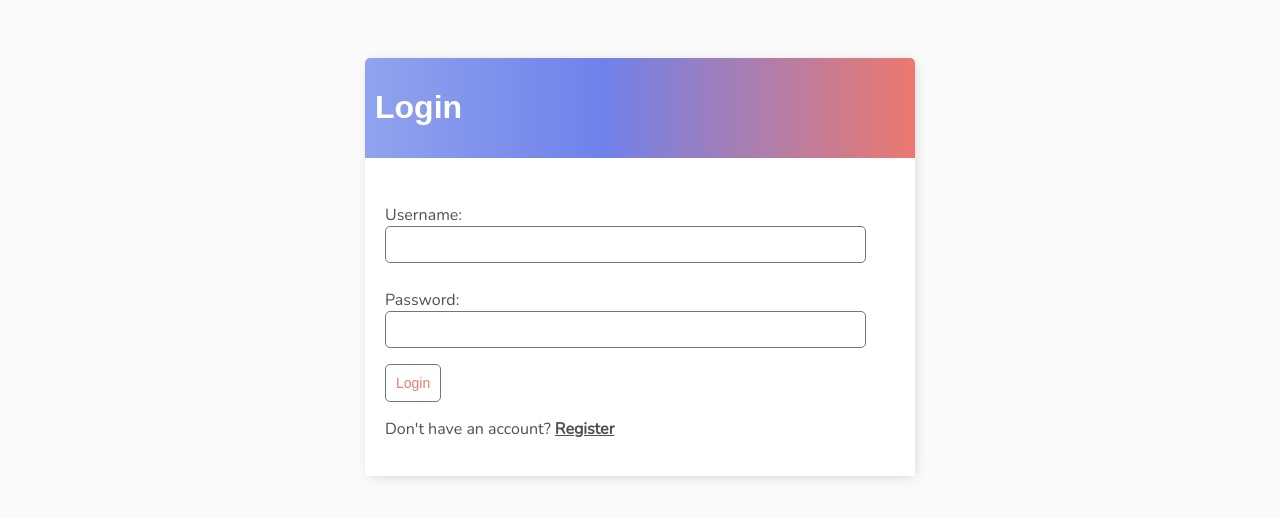
Repository: Altyn119/toDo-django
Page: http://localhost/login/
The author's editor kept a copy of each file at every save. The page is drawn from the files as they stood at one save, then again after the next save.
The browser window is 1280 px wide. The pictures show the whole page.
The page is served by the project's application, run on Django 5.2 (manage.py). Other server files are loaded and not shown.

Above is the page before, as saved 2025-06-16 11:09:30.

### base/templates/base/main.html
<!DOCTYPE html>
<html lang="en">

<head>
    <meta charset="utf-8">
    <meta name="description"
        content="This is to do list implemented using Django by Altyn.">

    <meta http-equiv="X-UA-Compatible" content="IE=edge">
    <title>To Do Items</title>
    <meta name="description" content="">
    <meta name="viewport" content="width=device-width, initial-scale=1">

    <link rel="preconnect" href="https://fonts.gstatic.com">
    <link href="https://fonts.googleapis.com/css2?family=Nunito:wght@200&display=swap" rel="stylesheet">

    <style>
        body {
            background-color: #FAFAFA;
            font-family: 'Nunito', sans-serif;
            padding-top: 50px;
        }

        h1,
        h2,
        h3,
        h4,
        h5,
        h6 {
            font-family: 'Raleway', sans-serif;
        }

        a,
        p {
            color: #4b5156
        }

        a {
            font-weight: 600;
        }

        .container {
            max-width: 550px;
            margin: auto;
            background-color: #fff;
            -webkit-box-shadow: 2px 2px 13px -4px rgba(0, 0, 0, 0.21);
            box-shadow: 2px 2px 13px -4px rgba(0, 0, 0, 0.21);
        }

        input {
            outline: none;
            border: none;
        }

        .header-bar {
            display: flex;
            justify-content: space-between;
            color: #fff;
            padding: 10px;
            border-radius: 5px 5px 0 0;
            background: linear-gradient(90deg, #90a3ee 0%, #6f82eb 43%, #EB796F 100%);
        }

        .header-bar a {
            color: rgb(247, 247, 247);
            text-decoration: none;
        }

        .task-wrapper {
            display: flex;
            align-items: center;
            justify-content: space-between;
            background-color: #fff;
            border-top: 1px solid #dfe4ea;
            overflow: hidden;
        }

        .task-title {
            display: flex;
            padding: 20px;
        }

        .task-title a {
            text-decoration: none;
            color: #4b5156;
            margin-left: 10px;
        }

        .task-complete-icon {
            height: 20px;
            width: 20px;
            background-color: rgb(105, 192, 105);
            border-radius: 50%;
        }

        .task-incomplete-icon {
            height: 20px;
            width: 20px;
            background-color: rgb(218, 218, 218);
            border-radius: 50%;
        }

        .delete-link {
            text-decoration: none;
            font-weight: 900;
            color: #cf4949;
            font-size: 22px;
            line-height: 0;
            padding: 20px 0px;
        }


        .handle {
            display: inline-block;
            padding: 20px 16px;
            cursor: grab;
            user-select: none;
        }

        .handle:after,
        .handle:before {
            display: block;
            content: "";
        }

        .handle:active,
        .handle:active:before,
        .handle:active:after {
            cursor: grabbing;
        }

        .dropArea {
            background-color: #f1f2f6;
            color: black;
            border: #ced6e0 1px solid;
        }

        .selectedTask {
            opacity: 0.6;
        }


        #add-link {
            color: #EB796F;
            text-decoration: none;
            font-size: 42px;
            text-shadow: 1px 1px #81413b;
        }

        #search-add-wrapper {
            display: flex;
            justify-content: space-between;
            align-items: center;
            padding: 20px;
        }

        @media screen and (max-width:320px) {
            #search-add-wrapper {
                padding: 10px;
            }
        }

        input[type=text],
        input[type=password],
        textarea {
            border: 1px solid #757575;
            border-radius: 5px;
            padding: 10px;
            width: 90%;
        }

        label {
            padding-top: 10px !important;
            display: block;
        }

        ::placeholder {
            font-weight: 300;
            opacity: 0.5;
        }

        .button {
            border: 1px solid #757575;
            background-color: #FFF;
            color: #EB796F;
            padding: 10px;
            font-size: 14px;
            border-radius: 5px;
            cursor: pointer;
            text-decoration: none;
        }

        .card-body {
            padding: 20px;
        }
    </style>
</head>

<body>

    <div class="container">
        {% block content %} {% endblock content %}
    </div>

</body>


</html>

### base/views.py
from django.shortcuts import render, redirect
from django.views.generic.list import ListView
from django.views.generic.detail import DetailView
from django.views.generic.edit import CreateView, UpdateView, DeleteView, FormView
from django.urls import reverse_lazy

from django.contrib.auth.views import LoginView
from django.contrib.auth.mixins import LoginRequiredMixin
from django.contrib.auth.forms import UserCreationForm
from django.contrib.auth import login

from django.views import View
from django.shortcuts import redirect
from django.db import transaction

from .models import Task
from .forms import PositionForm


class CustomLoginView(LoginView):
    template_name = 'base/login.html'
    fields = '__all__'
    redirect_authenticated_user = True

    def get_success_url(self):
        return reverse_lazy('tasks')


class RegisterPage(FormView):
    template_name = 'base/register.html'
    form_class = UserCreationForm
    redirect_authenticated_user = True
    success_url = reverse_lazy('tasks')

    def form_valid(self, form):
        user = form.save()
        if user is not None:
            login(self.request, user)
        return super(RegisterPage, self).form_valid(form)

    def get(self, *args, **kwargs):
        if self.request.user.is_authenticated:
            return redirect('tasks')
        return super(RegisterPage, self).get(*args, **kwargs)


class TaskList(LoginRequiredMixin, ListView):
    model = Task
    context_object_name = 'tasks'

    def get_context_data(self, **kwargs):
        context = super().get_context_data(**kwargs)
        context['tasks'] = context['tasks'].filter(user=self.request.user)
        context['count'] = context['tasks'].filter(complete=False).count()

        search_input = self.request.GET.get('search-area') or ''
        if search_input:
            context['tasks'] = context['tasks'].filter(
                title__contains=search_input)

        context['search_input'] = search_input

        return context


class TaskDetail(LoginRequiredMixin, DetailView):
    model = Task
    context_object_name = 'task'
    template_name = 'base/task.html'


class TaskCreate(LoginRequiredMixin, CreateView):
    model = Task
    fields = ['title', 'description', 'complete']
    success_url = reverse_lazy('tasks')

    def form_valid(self, form):
        form.instance.user = self.request.user
        return super(TaskCreate, self).form_valid(form)


class TaskUpdate(LoginRequiredMixin, UpdateView):
    model = Task
    fields = ['title', 'description', 'complete']
    success_url = reverse_lazy('tasks')


class DeleteView(LoginRequiredMixin, DeleteView):
    model = Task
    context_object_name = 'task'
    success_url = reverse_lazy('tasks')
    def get_queryset(self):
        owner = self.request.user
        return self.model.objects.filter(user=owner)

class TaskReorder(View):
    def post(self, request):
        form = PositionForm(request.POST)

        if form.is_valid():
            positionList = form.cleaned_data["position"].split(',')

            with transaction.atomic():
                self.request.user.set_task_order(positionList)

        return redirect(reverse_lazy('tasks'))

### todo_list/urls.py
"""
URL configuration for todo_list project.

The `urlpatterns` list routes URLs to views. For more information please see:
    https://docs.djangoproject.com/en/5.0/topics/http/urls/
Examples:
Function views
    1. Add an import:  from my_app import views
    2. Add a URL to urlpatterns:  path('', views.home, name='home')
Class-based views
    1. Add an import:  from other_app.views import Home
    2. Add a URL to urlpatterns:  path('', Home.as_view(), name='home')
Including another URLconf
    1. Import the include() function: from django.urls import include, path
    2. Add a URL to urlpatterns:  path('blog/', include('blog.urls'))
"""

from django.contrib import admin
from django.urls import path, include

urlpatterns = [
    path("admin/", admin.site.urls),
    path('', include('base.urls')),
]

### base/urls.py
from django.urls import path
from .views import TaskList, TaskDetail, TaskCreate, TaskUpdate, DeleteView, CustomLoginView, RegisterPage, TaskReorder
from django.contrib.auth.views import LogoutView

urlpatterns = [
    path('login/', CustomLoginView.as_view(), name='login'),
    path('logout/', LogoutView.as_view(next_page='login'), name='logout'),
    path('register/', RegisterPage.as_view(), name='register'),

    path('', TaskList.as_view(), name='tasks'),
    path('task/<int:pk>/', TaskDetail.as_view(), name='task'),
    path('task-create/', TaskCreate.as_view(), name='task-create'),
    path('task-update/<int:pk>/', TaskUpdate.as_view(), name='task-update'),
    path('task-delete/<int:pk>/', DeleteView.as_view(), name='task-delete'),
    path('task-reorder/', TaskReorder.as_view(), name='task-reorder'),
]

Loaded but not shown: base/templates/base/login.html (common file)

After the next save:
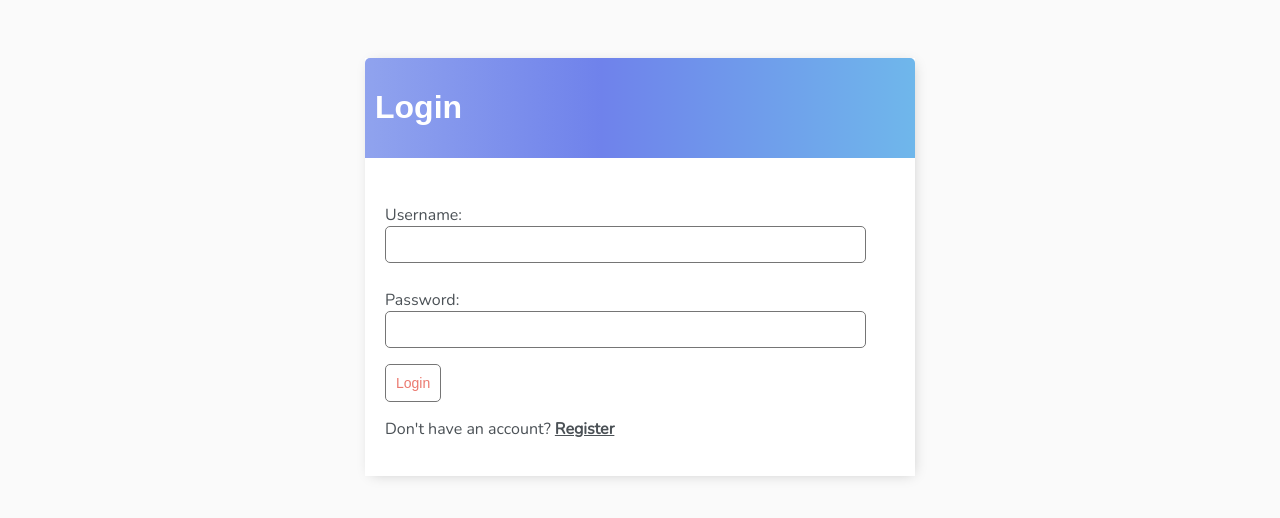
Saved 6 s later.
--- a/base/templates/base/main.html
+++ b/base/templates/base/main.html
@@ -58,7 +58,7 @@
             color: #fff;
             padding: 10px;
             border-radius: 5px 5px 0 0;
-            background: linear-gradient(90deg, #90a3ee 0%, #6f82eb 43%, #EB796F 100%);
+            background: linear-gradient(90deg, #90a3ee 0%, #6f82eb 43%, #6fb7eb 100%);
         }
 
         .header-bar a {
